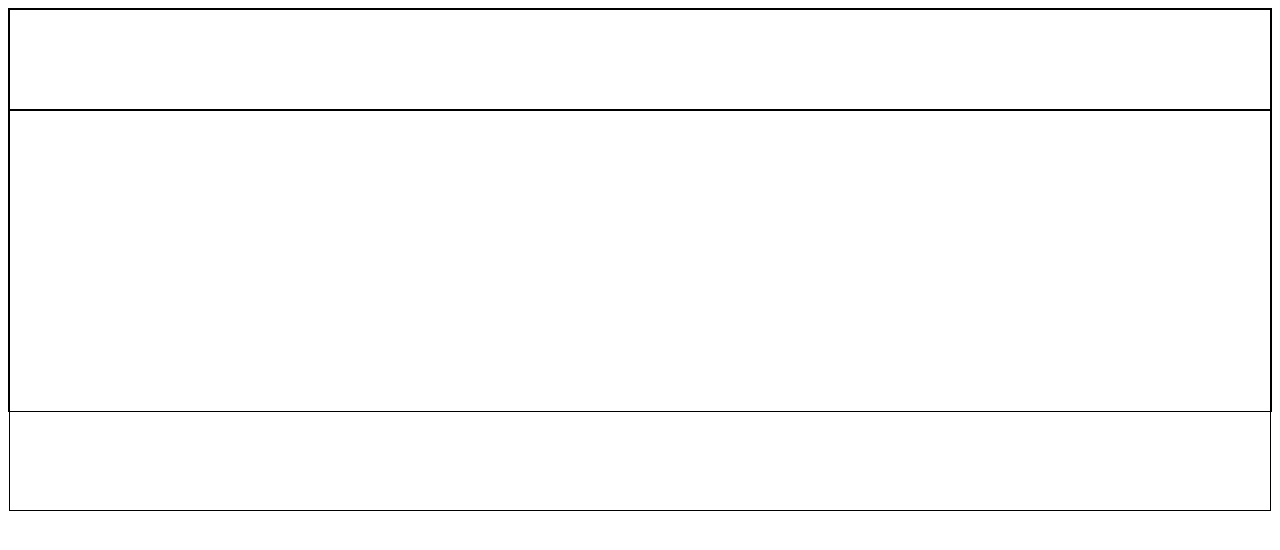
Repository: GotChun/DH_JSP
Page: http://localhost/01_JSP/C09/OracleDBCURD.jsp
These files come from the project's save history. The page is drawn as it stood at one moment and after the next save; the edit follows.
The browser window is 1280 px wide. The pictures show the whole page.
The page is served by Tomcat 9. Queries for data that is not in the repository find no rows.

Above is the page before, as saved 2024-10-24 02:32:05.

After the next save:
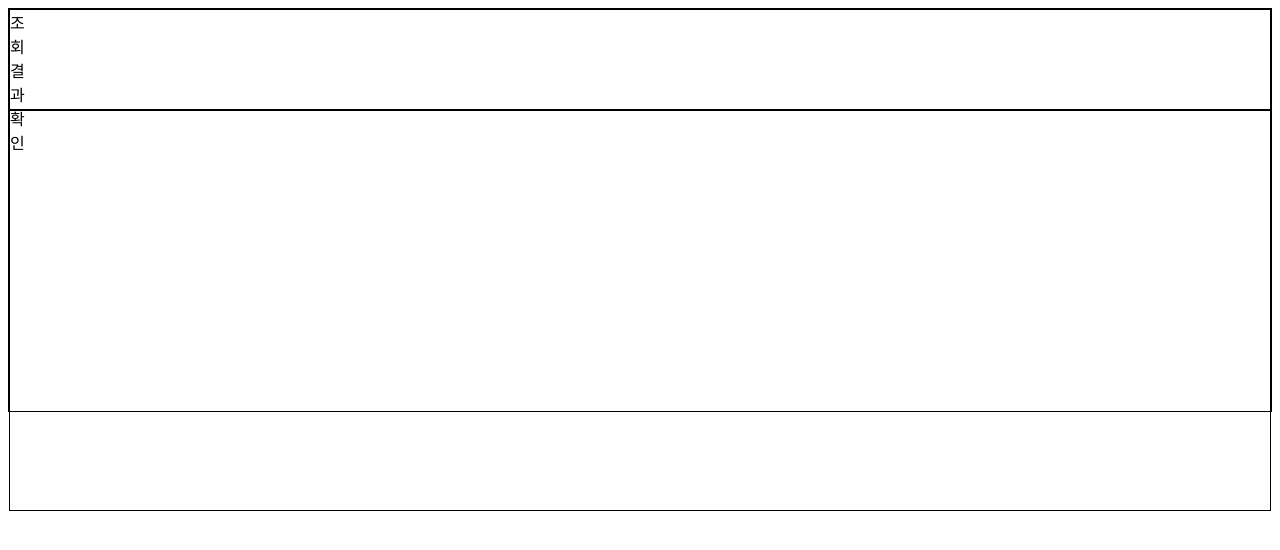
Saved 35 s later.
--- a/01_JSP/src/main/webapp/C09/OracleDBCURD.jsp
+++ b/01_JSP/src/main/webapp/C09/OracleDBCURD.jsp
@@ -90,6 +90,11 @@ footer{height:300px;border:1px solid;}
 	<div class ="wrapper">
 		<header>
 		<main>
+
+		<table>
+			<caption>조회결과확인</caption>
+		</table>
+
 		</main>
 		</header>
 
